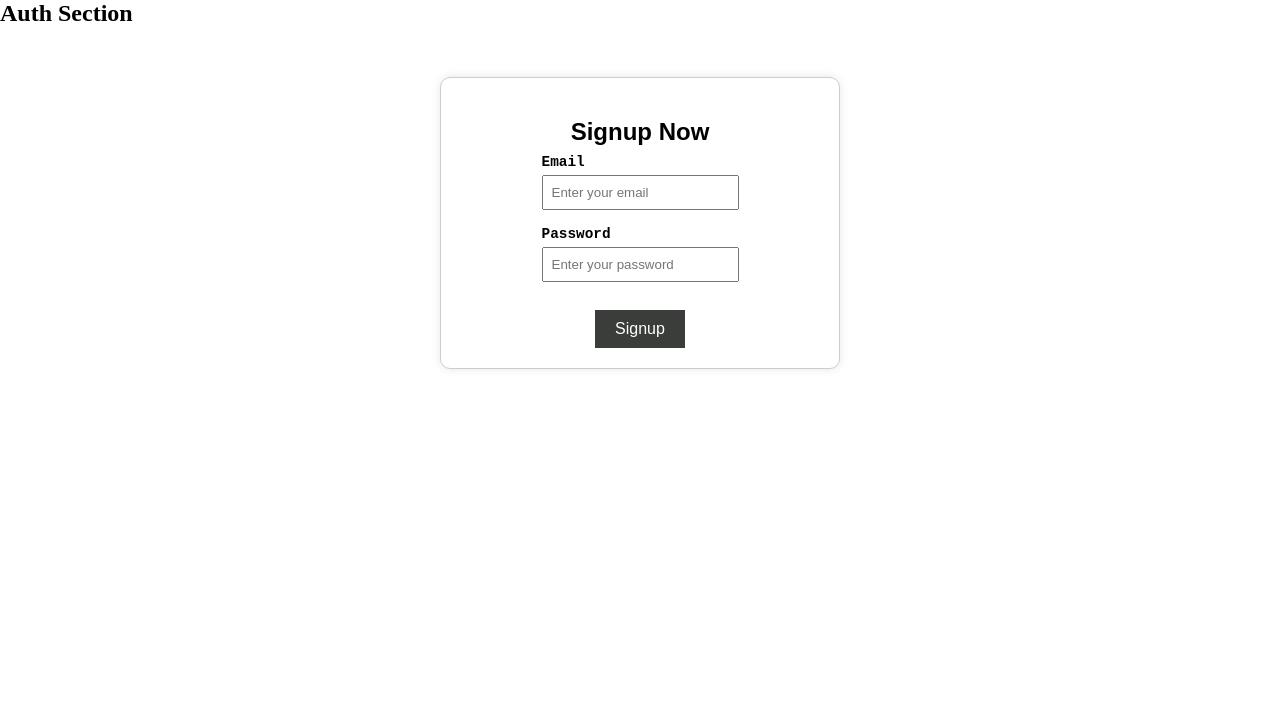
Repository: jkvekariya/Online-store-Management
Page: /auth/signup (app in frontend/client/)
These files come from the project's save history. The page is drawn as it stood at one moment and after the next save; the edit follows.
The browser window is 1280 px wide. The pictures show the whole page.
The project was rebuilt for these pictures with package versions that can differ from the ones it lists, and the page was loaded fresh each time. Also part of the build but not shown: frontend/client/vite.config.js, frontend/client/src/css/header.css, frontend/client/src/css/sidebar.css, frontend/client/src/components/Sidebar.jsx, frontend/client/src/context/CartContext.jsx, frontend/client/src/components/Header.jsx, frontend/client/src/css/footer.css, frontend/client/src/components/Footer.jsx and 9 more.

Above is the page before, as saved 2026-01-01 19:38:09.

After the next save:
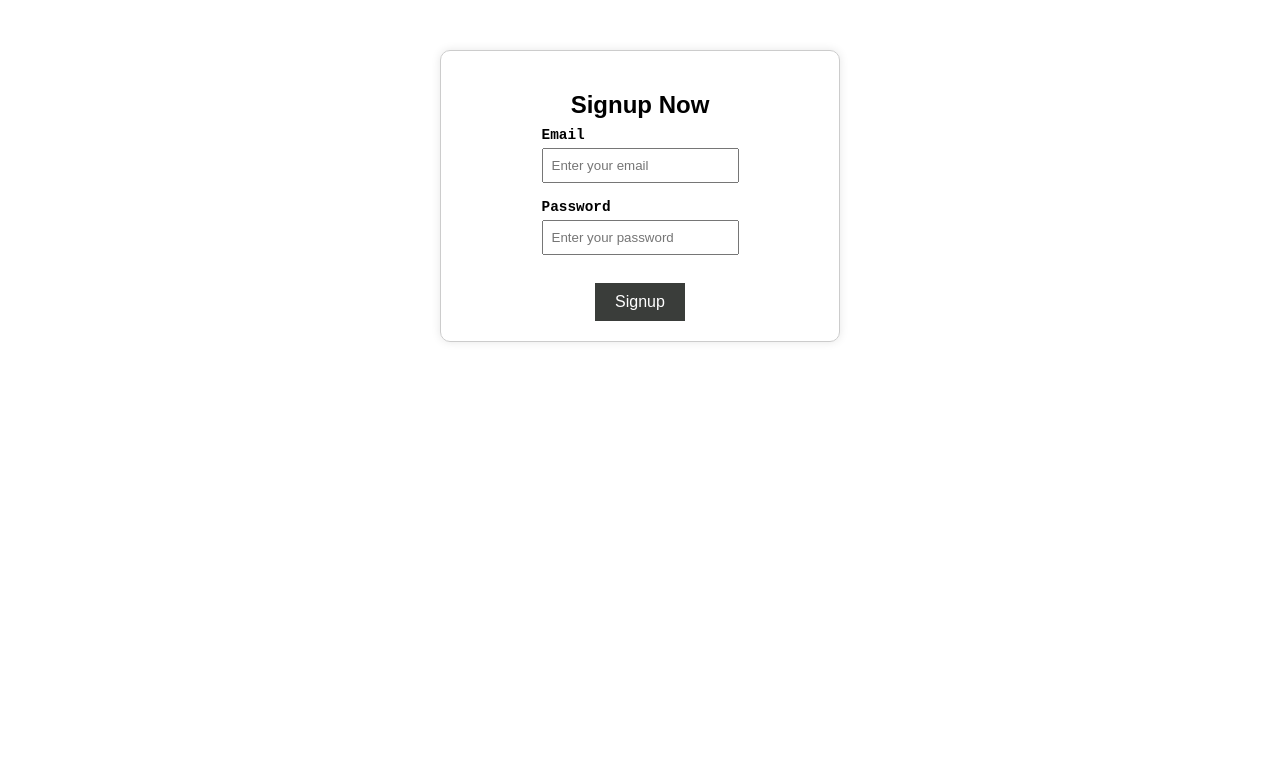
Saved 51 s later.
--- a/frontend/client/src/layout/AuthLayout.jsx
+++ b/frontend/client/src/layout/AuthLayout.jsx
@@ -3,7 +3,7 @@ import { Outlet } from "react-router-dom";
 const AuthLayout = () => {
   return (
     <div>
-      <h2>Auth Section</h2>
+      {/* <h2>Auth Section</h2> */}
       <Outlet />
     </div>
   );
